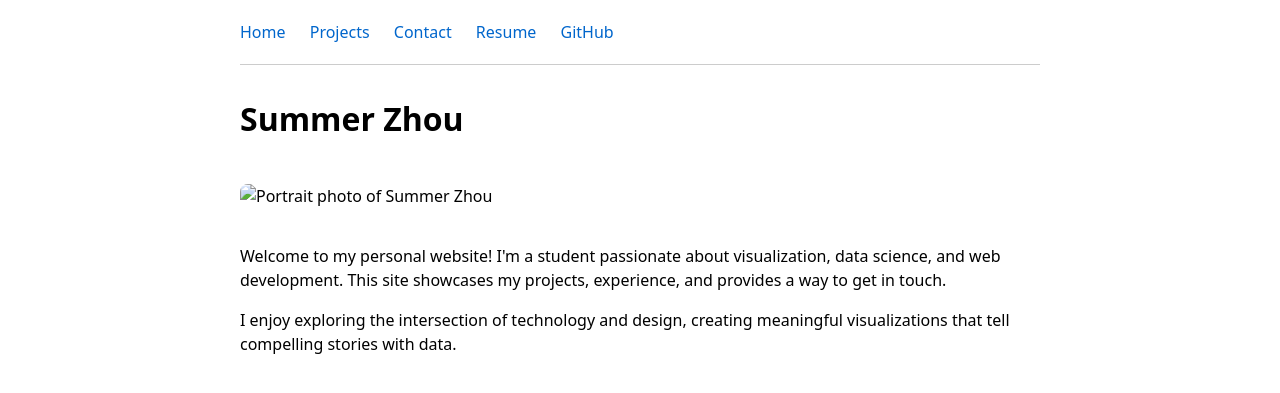
Repository: SummerZ27/personal-website
Page: index.html
An editor plug-in stored every save of this project. The page is shown before and after a run of saves, followed by the edit.
The browser window is 1280 px wide. The pictures show the whole page.

Above is the page before, as saved 2026-02-10 13:19:23.
Not found: images/profile.jpg

### index.html
<!DOCTYPE html>
<html lang="en">
<head>
    <meta charset="UTF-8">
    <meta name="viewport" content="width=device-width, initial-scale=1.0">
    <title>Summer Zhou: Personal site and portfolio</title>
    <link rel="stylesheet" href="style.css">
</head>
<body>
    <nav>
        <a href="index.html">Home</a>
        <a href="projects/index.html">Projects</a>
        <a href="contact/index.html">Contact</a>
        <a href="resume/index.html">Resume</a>
        <a href="https://github.com/SummerZ27" target="_blank">GitHub</a>
    </nav>

    <h1>Summer Zhou</h1>

    <img src="images/profile.jpg" alt="Portrait photo of Summer Zhou">

    <p>Welcome to my personal website! I'm a student passionate about visualization, data science, and web development. This site showcases my projects, experience, and provides a way to get in touch.</p>

    <p>I enjoy exploring the intersection of technology and design, creating meaningful visualizations that tell compelling stories with data.</p>
</body>
</html>

### style.css
body {
    /* Set line height to 1.5 times the font size
       and use the OS's UI font as the website font
     */
    font: 100%/1.5 system-ui;
    max-width: 800px;
    margin: 0 auto;
    padding: 20px;
}

nav {
    margin-bottom: 30px;
    padding-bottom: 20px;
    border-bottom: 1px solid #ccc;
}

nav a {
    margin-right: 20px;
    text-decoration: none;
    color: #0066cc;
}

nav a:hover {
    text-decoration: underline;
}

h1 {
    margin-top: 0;
}

img {
    max-width: 300px;
    height: auto;
    margin: 20px 0;
    border-radius: 8px;
}

section {
    margin: 30px 0;
}

section h2 {
    margin-top: 0;
    color: #333;
}

time {
    font-style: italic;
    color: #666;
}

After the next 2 saves:
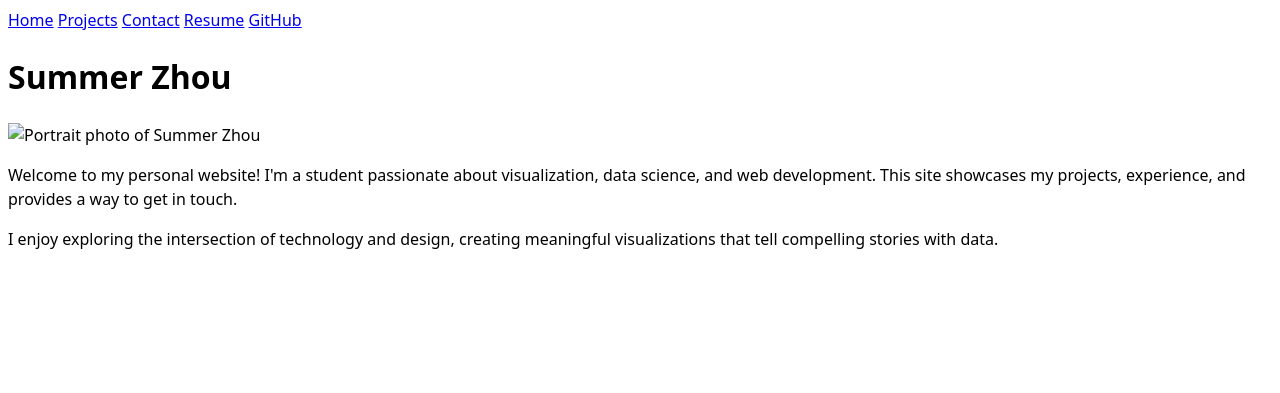
The 2 saves are shown as one change because they came seconds apart.
The last was saved 27 s later.
--- a/style.css
+++ b/style.css
@@ -1,50 +1,6 @@
 body {
     /* Set line height to 1.5 times the font size
-       and use the OS's UI font as the website font
+       and use the OS’s UI font as the website font
      */
     font: 100%/1.5 system-ui;
-    max-width: 800px;
-    margin: 0 auto;
-    padding: 20px;
 }
-
-nav {
-    margin-bottom: 30px;
-    padding-bottom: 20px;
-    border-bottom: 1px solid #ccc;
-}
-
-nav a {
-    margin-right: 20px;
-    text-decoration: none;
-    color: #0066cc;
-}
-
-nav a:hover {
-    text-decoration: underline;
-}
-
-h1 {
-    margin-top: 0;
-}
-
-img {
-    max-width: 300px;
-    height: auto;
-    margin: 20px 0;
-    border-radius: 8px;
-}
-
-section {
-    margin: 30px 0;
-}
-
-section h2 {
-    margin-top: 0;
-    color: #333;
-}
-
-time {
-    font-style: italic;
-    color: #666;
-}
